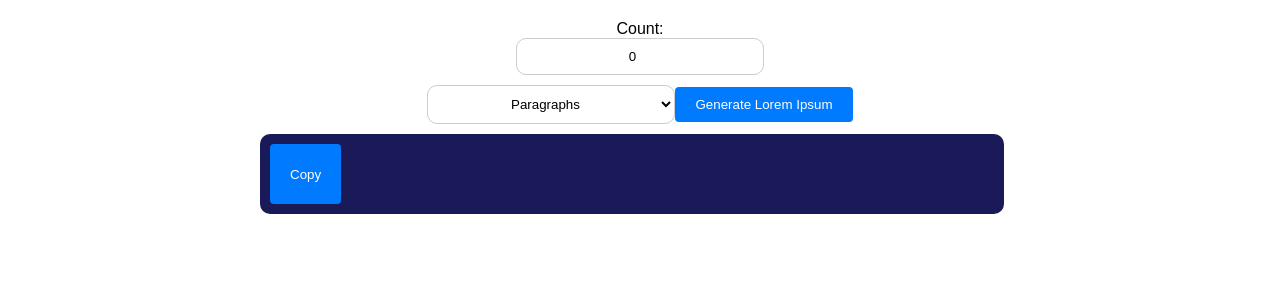
Repository: sriram1224/lorem-generator
Page: /
An editor plug-in stored every save of this project. The page is shown before and after the next save, followed by the edit.
The browser window is 1280 px wide. The pictures show the whole page.
The project was rebuilt for these pictures with package versions that can differ from the ones it lists, and the page was loaded fresh each time.

Above is the page before, as saved 2024-03-11 21:45:21.

### src/App.js
import LoremIpsumGenerator from './Components/lorem';
import './App.css';

function App() {
  return (
    <div className="App">
      <LoremIpsumGenerator />
    </div>
  );
}

export default App;

### src/Components/lorem.js
import React, { useState } from 'react';
import { loremIpsum } from 'lorem-ipsum';
import './lorem.css';

const LoremGenerator = () => {
  const [count, setCount] = useState(0);
  const [type, setType] = useState('paragraphs');
  const [generatedText, setGeneratedText] = useState('');

  const handleCountChange = (e) => {
    const newCount = parseInt(e.target.value, 10);
    setCount(newCount);
  };

  const handleTypeChange = (e) => {
    setType(e.target.value);
  };

  const copyToClipboard = (text) => {
    navigator.clipboard.writeText(text);
    alert('Copied to clipboard!');
  };

  const copyAllToClipboard = () => {
    navigator.clipboard.writeText(generatedText);
    alert('All text copied to clipboard!');
  };

  const generateLorem = () => {
    let result = '';
    if (type === 'paragraphs') {
      for (let i = 0; i < count; i++) {
        const text = loremIpsum({ units: 'paragraphs' });
        result += `${i + 1}) ${text}\n`;
      }
    } else {
      for (let i = 0; i < count; i++) {
        const text = loremIpsum({ units: 'sentences' });
        result += `${i + 1}) ${text}\n`;
      }
    }
    setGeneratedText(result);
  };

  return (
    <div>
      <label>
        Count:
        <div>
          <input type="number" value={count} onChange={handleCountChange} />
        </div>
      </label>
      <select value={type} onChange={handleTypeChange}>
        <option value="paragraphs">Paragraphs</option>
        <option value="sentences">Sentences</option>
      </select>
      <button onClick={generateLorem}>Generate Lorem Ipsum</button>
      <div className="list-container">
        {generatedText.split('\n').map((text, index) => (
          <div className="list" key={index}>
            <span>{text}</span>
            <button onClick={() => copyToClipboard(text)}>Copy</button>
          </div>
        ))}
      </div>
      {generatedText && (
        <div>
          <button onClick={copyAllToClipboard}>Copy All</button>
        </div>
      )}
    </div>
  );
};

export default LoremGenerator;

### src/Components/lorem.css
/* Reset some default browser styles */
* {
    box-sizing: border-box;
    margin: 0;
    padding: 0;
}

/* Apply some basic styling to the body */
body {
    font-family: Arial, sans-serif;
    background-color: #ffffff;
    padding: 20px;
}

/* Container styling */
.container {
    max-width: 1100px;
    margin: 0 auto;
}

/* Input and select styling */
input[type="number"],
select {
    text-align: center;
   width: 20%;
    margin-bottom: 10px;
    padding: 10px;
    border: 1px solid #ccc;
    border-radius: 10px;
    background-color: #fff;
}

/* Button styling */
button {
    background-color: #007bff;
    color: #fff;
    border: none;
    border-radius: 4px;
    padding: 10px 20px;
    cursor: pointer;
}

button:hover {
    background-color: #0056b3;
}

/* Generated text styling */
.generated-text {
    margin-top: 20px;
}

/* Responsive styles */
@media screen and (max-width: 600px) {
    .container {
        padding: 10px;
    }
}
.list{
    display: flex;
    padding: 10px;
    width: 60%;
    height: 5rem;
    background-color:rgb(26, 26, 88);
    color:white;
    border-radius: 10px;
    margin-left: 15rem;

}
.list-container{
    display: flex;
    flex-direction: column;
    gap: 2rem;
}

Loaded but not shown: public/index.html (common file); src/index.js (common file); src/index.css (common file); src/reportWebVitals.js (common file); src/App.css (common file)

After the next save:
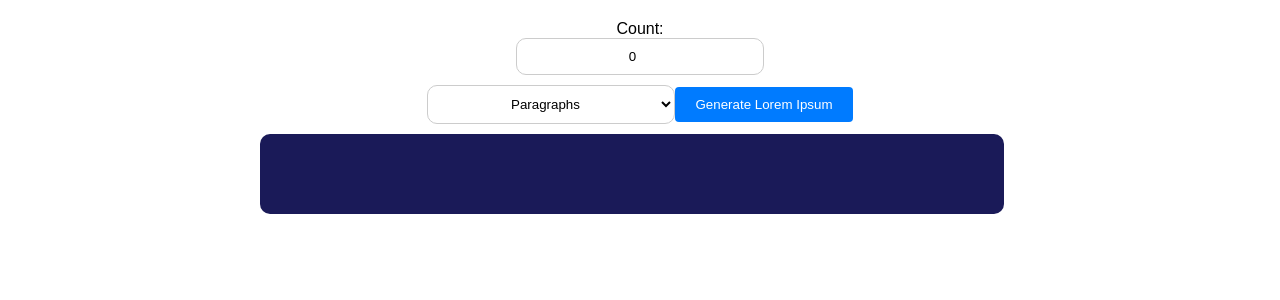
Saved 80 s later.
--- a/src/Components/lorem.js
+++ b/src/Components/lorem.js
@@ -59,7 +59,7 @@ const LoremGenerator = () => {
         {generatedText.split('\n').map((text, index) => (
           <div className="list" key={index}>
             <span>{text}</span>
-            <button onClick={() => copyToClipboard(text)}>Copy</button>
+
           </div>
         ))}
       </div>
